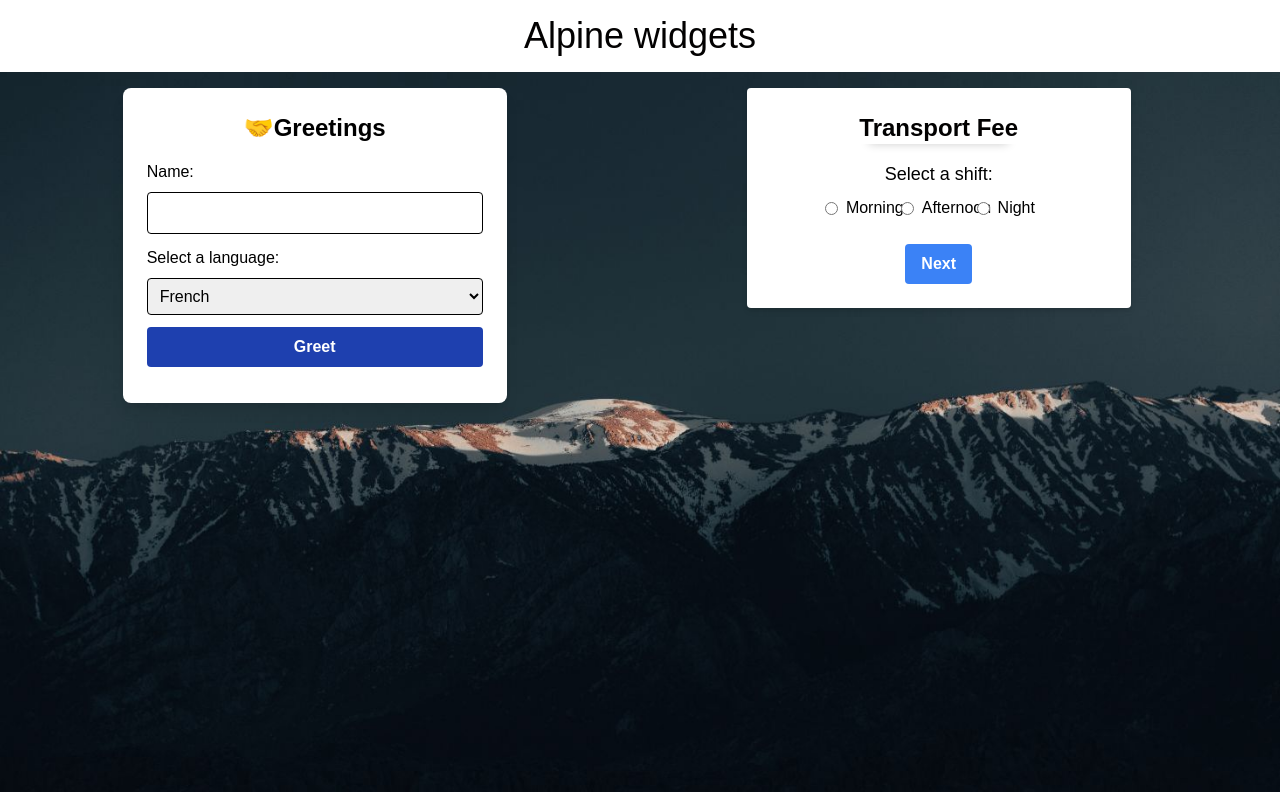
Repository: lasity34/alpine-bootcamp-widgets
Page: index.html
The author's editor kept a copy of each file at every save. The page is drawn from the files as they stood at one save, then again after the next save.
The browser window is 1280 px wide. The pictures show the whole page.
Some web fonts or font styles are not loaded; a fallback is used. Some web libraries are served in a nearby version.

Above is the page before, as saved 2023-07-12 15:45:04.
Console error: ReferenceError: shift is not defined

After the next save:
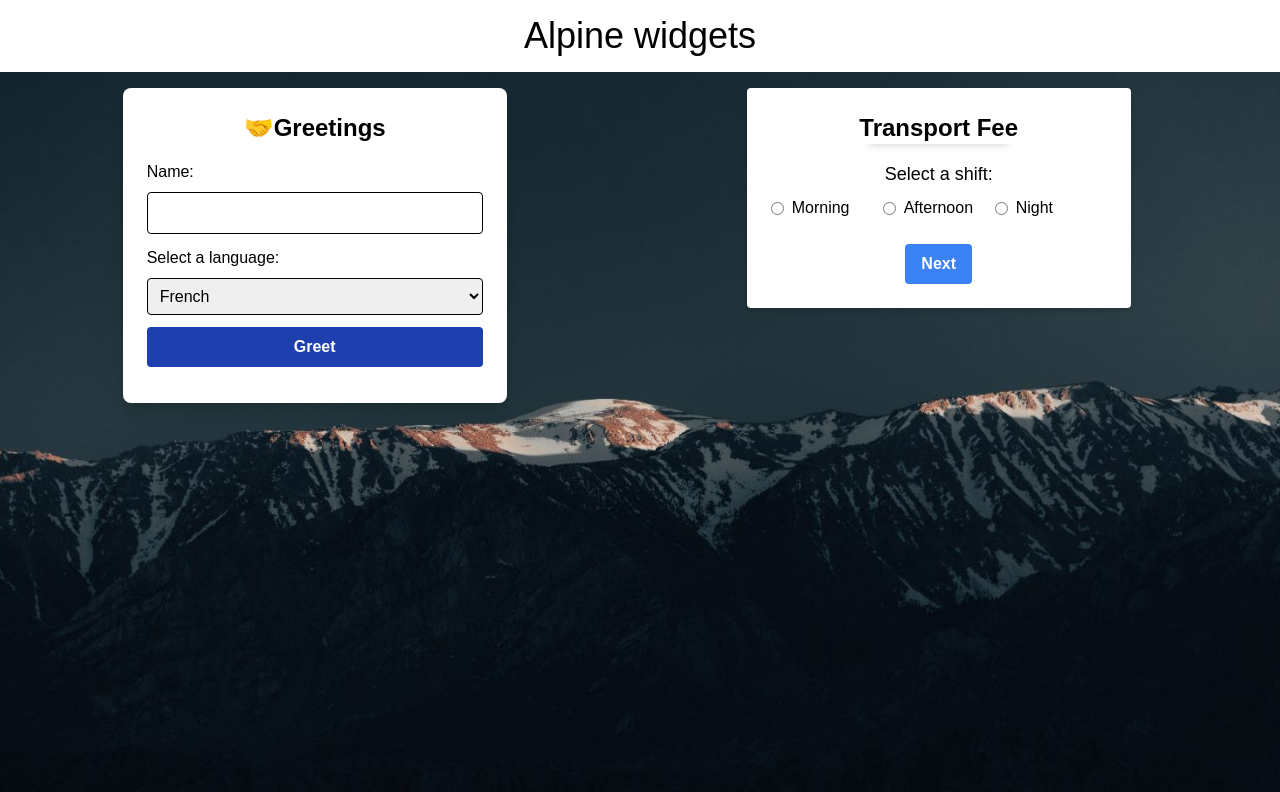
Saved 45 s later.
--- a/index.html
+++ b/index.html
@@ -73,7 +73,7 @@
         <h1 class="text-2xl font-bold mb-4">Transport Fee</h1>
 
         <label class="text-lg mb-2">Select a shift:</label>
-        <div class="flex justify-around">
+        <div class="flex justify-around w-full">
 
 
         <div class="flex items-center mb-2 w-1/3">
